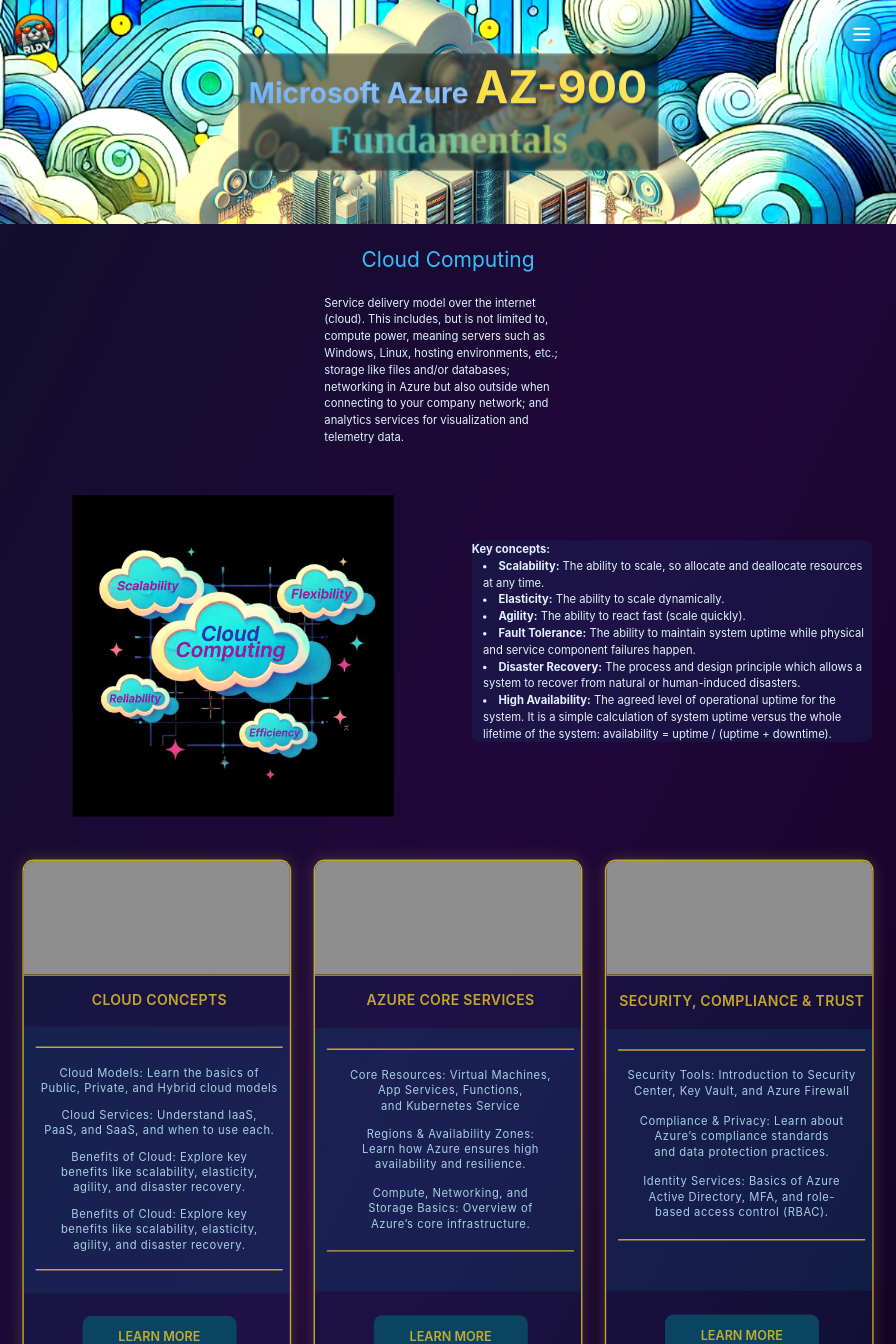
Repository: Freezler/az-900_svelte5
Page: /
These files come from the project's save history. The page is drawn as it stood at one moment and after the next save; the edit follows.
The browser window is 1280 px wide. The pictures show the part of the page from y = 0 to 1920 px (the page is 2706 px tall), at 70% of full size.
Pictures or frames that could not be fetched are drawn as grey boxes. The project was rebuilt for these pictures with package versions that can differ from the ones it lists, and the page was loaded fresh each time. The framework's server and built-in components were replaced by stand-ins that run in the browser. Also part of the build but not shown: vite.config.ts.

Above is the page before, as saved 2024-11-10 10:59:38.

### src/app.html
<!doctype html>
<html lang="en">
	<head>
		<meta charset="utf-8" />
		<link rel="icon" href="%sveltekit.assets%/favicon.png" />
		<meta name="viewport" content="width=device-width, initial-scale=1" />
		%sveltekit.head%
	</head>
	<body data-sveltekit-preload-data="hover" >
		<div style="display: contents">%sveltekit.body%</div>
	</body>
</html>

### src/routes/+layout.svelte
<script lang="ts">
	import '../app.css';
	let { children } = $props();

</script>

<div class="bg-gradient-to-br from-[#0d0c28fc] via-[#1b0135f9] to-[#10021e] bg-cover bg-center bg-no-repeat ">{@render children()}</div>

### src/routes/+page.svelte
<script lang="ts">
	import ComputingArticle from '../components/ComputingArticle.svelte';

	import Toggle from '../components/Toggle.svelte';
	import Header from '../components/Header.svelte';
	import Popover from '../components/Menu.svelte';
	import Cards from '../components/Cards.svelte';
	import Login from '../components/Login.svelte';
</script>

<header class="">
	<Popover />
	<Header />
</header>
<main>
	<section>
		<ComputingArticle />
		<Cards />
	</section>
	<aside><Toggle /></aside>
	<footer><Login /></footer>
</main>

### src/app.css
@tailwind base;
@tailwind components;
@tailwind utilities;

:root {
  --text-color  : rgba(244, 205, 48, 0.888);
  --bg-color    : hsla(217, 87%, 3%, 0.298);
  --bg-color2   : hsla(299, 91%, 31%, 0.974);
  --bg-gradient : 135deg, rgba(237, 249, 10, .7) 0%, rgba(216, 204, 37, 0.7) 35%, rgba(0, 212, 255, 0.7) 100%;
  --bg-gradient2: 90deg, rgba(216, 204, 37, 0.5) 0%, rgba(0, 212, 255, 0.5) 70%;
}

* {
  margin     : 0;
  padding    : 0;
  box-sizing : border-box;
  user-select: none;
  /* outline : 1px dotted red; */
}

body {
  font-family: 'Inter', sans-serif;


}

### src/components/ComputingArticle.svelte
<div class="grid items-center justify-center gap-8 place-self-center text-sky-100 w-[35ch] pt-8">
	<h2 class="text-3xl text-center text-sky-400">Cloud Computing</h2>
	<p>
		Service delivery model over the internet (cloud). This includes, but is not limited to, compute
		power, meaning servers such as Windows, Linux, hosting environments, etc.; storage like files
		and/or databases; networking in Azure but also outside when connecting to your company network;
		and analytics services for visualization and telemetry data.
	</p>
</div>

<section class="grid items-center grid-cols-1 lg:grid-cols-2 justify-center place-items-center place-self-center place-content-center gap-0	z-10 text-start">
	<img
		src="../public/images/cloud.png"
		alt="cloudSolutions"
		loading="lazy"

		class=" w-full md:w-[672px]  mx-auto rounded-2xl overflow-hidden  pr-12 -mt-8 drop-shadow-[(0_0px_22px_rgba(255,255,99,0.2))] "
	/>
	<article
		class=" bg-sky-600/10  text-sky-100 px-0 py-0 w-[572px] my-6 rounded-xl "
	>
		<p><strong>Key concepts:</strong></p>
		<ul class="list-inside list-disc pl-4">
			<li>
				<strong>Scalability:</strong> The ability to scale, so allocate and deallocate resources at any
				time.
			</li>
			<li><strong>Elasticity:</strong> The ability to scale dynamically.</li>
			<li><strong>Agility:</strong> The ability to react fast (scale quickly).</li>
			<li>
				<strong>Fault Tolerance:</strong> The ability to maintain system uptime while physical and service
				component failures happen.
			</li>
			<li>
				<strong>Disaster Recovery:</strong> The process and design principle which allows a system to
				recover from natural or human-induced disasters.
			</li>
			<li>
				<strong>High Availability:</strong> The agreed level of operational uptime for the system. It
				is a simple calculation of system uptime versus the whole lifetime of the system: availability
				= uptime / (uptime + downtime).
			</li>
		</ul>
	</article>
</section>

### src/components/Toggle.svelte
<script lang="ts">

	let name = $state('Randy');
	let status: 'DARK' | 'LIGHT' = $state('DARK');
	let full_name = $derived(name + ' ' + 'de vries');

	function toggle() {
		status = status === 'DARK' ? 'LIGHT' : 'DARK';
	}

	function onclick() {
		status = status === 'DARK' ? 'LIGHT' : 'DARK';
		window.document.body.classList.toggle('dark-mode')
	}
</script>

<div class="max-w-[400px] mx-auto grid place-items-center items-center justify-center gap-2 border-2 p-4  py-8 my-4 bg-yellow-600/10">
		<p class="text-2xl font-serif text-white ">
			set theme: <span class="font-sans {status === 'LIGHT' ? 'text-gray-200' : 'text-red-900'}">{status}</span>
		</p>

		<!-- <button on:click={toggle}>toggle status</button> -->
		<button
			class=" w-[176px] rounded bg-blue-500 px-4 py-2 font-bold text-white hover:bg-blue-700 active:scale-[.98]"
			type="button"
			onclick={toggle}>Toggle theme</button
		>
	</div>

### src/components/Header.svelte
<script lang="ts">
	// Declare props
	let { name = 'AZ-900' } = $props();

	// Local state for the surname
	let surname = $state('Fundamentals');

	// Derived state for the full name
	let full_name = $derived(`${name} ${surname}`);
</script>

<div
	class="max-w-[100svw] z-100 mx-auto grid h-80 place-content-center place-items-center items-center justify-center bg-[url('/public/images/headImage.png')] bg-cover bg-top"
>
	<div class="grid backdrop-blur-[2px] px-4 rounded-lg backdrop-brightness-[.50] pb-4">
		<h1
			class="shadow-[rgba(7, 25, 224, 0.9)] drop bg-clip-text text-center text-[clamp(1rem,5vw,2.5rem)] font-bold text-transparent bg-gradient-to-tr from-blue-400 via-blue-300 to-blue-700  drop-shadow-[-2px_2px_2px_rgba(137, 25, 224, 0.9)]"
		>
			Microsoft Azure <span
				class="bg-gradient-to-tr from-yellow-300 via-yellow-300 to-yellow-200 bg-clip-text text-[clamp(2.8rem,5vw,8.5rem)] font-bold text-transparent drop-shadow-[2px_4px_2px_rgba(36,50,100,0.9)]"
				>{name}</span
			>
		</h1>
		<h3
			class="bg-clip-text text-6xl text-center text-[clamp(1rem,5vw,3.5rem)] font-[700] font-[montserrat] bg-gradient-to-r from-[hsl(192,88%,51%)] via-[--hsl(192,88%,71%)] to-[--text-color]  pb- text-transparent drop-shadow-[2px_4px_32px_rgba(6,100,150,0.9)] backdrop-brightness-[.90] "
		>
			{surname}
		</h3>
	</div>
</div>

### src/components/Menu.svelte
<script lang="ts">
	import { cubicInOut } from 'svelte/easing';
	import { fly } from 'svelte/transition';
	let showMenu: boolean = $state(false);


</script>

	<!-- Your existing code -->

<img
	src="/public/images/Design 2.png"
	alt="Ran form Logo"
	class="fixed left-[16px] top-[16px] w-[64px] rounded-full z-[200]"
/>
<button
	onclick={() => (showMenu = !showMenu)}
	class="fixed right-[20px] top-[20px] flex  h-[58px] w-[58px] items-center justify-center rounded-full bg-blue-600/20 backdrop-blur text-white border-2 border-blue-900"
>
	<svg
		xmlns="http://www.w3.org/2000/svg"
		class="h-8 w-8"
		fill="none"
		viewBox="0 0 24 24"
		stroke="currentColor"
	>
		{#if showMenu}
			<path
				stroke-linecap="round"
				stroke-linejoin="round"
				stroke-width="2"
				d="M6 18L18 6M6 6l12 12"
			/>
		{:else}
			<path
				stroke-linecap="round"
				stroke-linejoin="round"
				stroke-width="2"
				d="M4 6h16M4 12h16M4 18h16"
			/>
		{/if}
	</svg>
</button>

{#if showMenu}
	<ul
		class="items-center justify-center fixed bottom-0 right-0 z-100 grid h-[50vh] w-[100vw] border-t border-blue-900 place-content-center bg-blue-600/20 backdrop-blur text-white uppercase text-center text-xl z-[200]"
		transition:fly={{ y: 100, duration: 420, easing: cubicInOut }}
	>
		<li class="px-2 py-4 w-[80vw] underline underline-offset-4 transition-colors ease-linear duration-400 hover:bg-blue-600/20 rounded-t-lg  bg-blue-200/30">
			<a href="/">Home</a>
		</li>
		<li class=" px-2 py-4 transition-colors hover:underline underline-offset-4  ease-linear duration-400 hover:bg-blue-600/20  bg-blue-200/30">
			<a href="/concepts">Concepts</a>
		</li>
		<li class=" px-2 py-4 transition-colors hover:underline underline-offset-4 ease-linear duration-400 hover:bg-blue-600/20  bg-blue-200/30">
			<a href="/security">Security</a>
		</li>
		<li class="px-2 py-4 transition-colors  hover:underline underline-offset-4 ease-linear duration-400 hover:bg-blue-600/20 rounded-b-lg  bg-blue-200/30">
			<a href="/services">Services</a>
		</li>
	</ul>
{/if}

### src/components/Cards.svelte
<script>
	import { goto } from '$app/navigation';
	// Define your plans as an array of objects
	const concepts = [
		{
			url: 'concepts',
			image:
				'https://learn.microsoft.com/training/achievements/microsoft-azure-fundamentals-describe-cloud-concepts-social.png',
			name: 'Cloud Concepts',
			features: [
				'Cloud Models: Learn the basics of Public, Private, and Hybrid cloud models',
				'Cloud Services: Understand IaaS, PaaS, and SaaS, and when to use each.',
				'Benefits of Cloud: Explore key benefits like scalability, elasticity, agility, and disaster recovery.',
				'Benefits of Cloud: Explore key benefits like scalability, elasticity, agility, and disaster recovery.'

			]
		},
		{
			url: 'services',
			image:
				'https://images.unsplash.com/photo-1667372459510-55b5e2087cd0?q=80&w=1932&auto=format&fit=crop&ixlib=rb-4.0.3&ixid=M3wxMjA3fDB8MHxwaG90by1wYWdlfHx8fGVufDB8fHx8fA%3D%3D',
			name: 'Azure Core Services',
			features: [
				'Core Resources: Virtual Machines, App Services, Functions, and Kubernetes Service',
				'Regions & Availability Zones: Learn how Azure ensures high availability and resilience.',
				'Compute, Networking, and Storage Basics: Overview of Azure’s core infrastructure.'
			]
		},
		{
			url: 'security',
			image:
				'https://plus.unsplash.com/premium_photo-1700830452756-1a3f4314e564?q=80&w=1674&auto=format&fit=crop&ixlib=rb-4.0.3&ixid=M3wxMjA3fDB8MHxwaG90by1wYWdlfHx8fGVufDB8fHx8fA%3D%3D',
			name: 'Security, Compliance & Trust',
			features: [
				'Security Tools: Introduction to Security Center, Key Vault, and Azure Firewall',
				'Compliance & Privacy: Learn about Azure’s compliance standards and data protection practices.',
				'Identity Services: Basics of Azure Active Directory, MFA, and role-based access control (RBAC).'
			]
		}
	];
</script>

<section
	class="z-10 grid grid-rows-1 gap-8 py-8 md:grid-cols-2 md:gap-8 md:px-8 xl:grid-cols-3"
>
	{#each concepts as concept}
		<div
			class=" pt-1  grid grid-rows-[148px_64px_auto_auto] place-items-center overflow-hidden rounded-2xl border-2 border-[--text-color] bg-sky-600/10 pb-9 shadow-[0_0px_22px_rgba(255,255,99,0.2)] brightness-90 transition duration-700 hover:scale-[1.001] hover:border-[hsla(184,69%,60%,1)] hover:shadow-[2px_6px_12px_rgba(22,125,22,0.9)]"
		>
			<img
				src={concept.image}
				class=" z-10 h-[172px] pt-2  w-full border-b-2 border-[--text-color] object-cover object-center hover:border-[hsla(184,69%,60%,1)]"
				loading="lazy"
				alt="concept"
			/>
			<div class="row-span-2 grid grid-cols-subgrid place-items-center items-center justify-center">
				<h2 class="] mt-[28px] text-xl font-semibold uppercase tracking-wide text-[--text-color]">
					{concept.name}
				</h2>
			</div>

			<div
				class=" row-span-12 my-5 w-full grid grid-rows-subgrid place-items-start items-start gap-4 text-pretty border border-transparent bg-sky-500/10 px-4 pt-7 pb-6 text-center"
			>
				{#each concept.features as feature}
					<h3
						class="border-b-1 mx-auto  grid w-[35ch]  grid-rows-subgrid text-balance border-[--text-color] px-0 text-[14px] font-normal leading-snug tracking-wider text-sky-200 py-0 first:border-t-2 first:pt-6 last:pb-6 last:border-b-2 lg:text-[16px] border-s-fuchsia-400 ">
						{feature}
					</h3>
				{/each}
			</div>
			<button
				type="button"
				class="mx-auto mt-3 w-[220px] grid-cols-subgrid rounded-xl border-[2px_solid_var(--text-color)] bg-sky-900 px-8 py-4 text-base font-semibold uppercase text-[--text-color] transition duration-[420ms] hover:bg-sky-500 hover:text-white hover:shadow-[2px_2px_22px_rgb(65,183,255,0.9)] md:text-lg lg:text-lg"
				><a href="/{concept.url}">Learn more</a></button
			>
		</div>
	{/each}
</section>

### src/components/Login.svelte
<script>
	import { onMount } from 'svelte';
	let user = $state('Stranger');
	/**
	 * @param {any} response
	 */
	function googleLoginEndpoint(response) {
	  console.log('Google login successful:', response);
	}

	// onMount(() => {
	//   const script = document.createElement("script");
	//   script.src = "https://accounts.google.com/gsi/client";
	//   script.async = true;
	//   script.defer = true;
	//   document.head.appendChild(script);
	// });
</script>

<div class="relative flex min-h-[60vh] items-center justify-center py-16 ">
	<div class="flex w-full max-w-4xl flex-col overflow-hidden rounded-lg shadow-lg md:flex-row">
		<!-- Left side: Logo and Welcome message -->
		<div
			class="flex flex-col items-center justify-center bg-[url('/public/images/headImage.png')] bg-cover bg-center object-cover p-14 text-white md:w-1/2 "
		>
			<img
				src="/public/images/Design 2.png"
				alt="Ran form Logo"
				class="mb-4 h-40 w-40 rounded-full"
			/>
			<h2 class="text-2xl font-semibold p-2 rounded-xl bg-slate-600/50  ">Good Evening {user}!</h2>
			<p class="mt-2 text-center text-lg rounded-xl bg-slate-600/50  p-2 ">Log in to your account!</p>
		</div>

		<!-- Right side: Login Form -->
		<div
			class="flex flex-col items-center justify-center  h-[50vh] bg-blue-600/40 backdrop-blur pt-8 "
		>
			<!-- Google Login Button -->
			<div
				id="g_id_onload"
				data-client_id="YOUR_GOOGLE_CLIENT_ID"
				data-context="signin"
				data-callback="googleLoginEndpoint"
				data-close_on_tap_outside="false"
				data-prompt_parent_id="g_id_onload"
			></div>

			<button
				class="flex w-3/5 items-center justify-center space-x-2 rounded-full border border-gray-300 bg-white py-2 shadow-md hover:bg-gray-50 focus:outline-none"
			>
				<span class="fab fa-google text-gray-500"></span>
				<span class="text-gray-700">Continue with Google</span>
			</button>

			<!-- Divider -->
			<div class="my-4 flex w-full items-center">
				<hr class="flex-grow border-t border-gray-300" />
				<span class="px-3 text-gray-500">OR</span>
				<hr class="flex-grow border-t border-gray-300" />
			</div>

			<!-- Email Login Button -->
			<button
				class="flex w-3/5 items-center justify-center space-x-2 rounded-full border border-gray-300 bg-white py-2 shadow-md hover:bg-gray-50 focus:outline-none"
			>
				<span class="fa fa-user text-gray-500"></span>
				<span class="text-gray-700">Enter Email & Password</span>
			</button>

			<!-- Sign up and Terms Links -->
			<div class=" w-full text-center">
				<p class="text-sm text-red-300">
					Don't have an account? <a href="_blank" class="text-blue-600 hover:underline">Sign up</a>
				</p>
				<p class="mt-0 text-xs text-gray-500 w-[50ch]">
					By continuing, you agree to our <a href="_blank" target="_blank" class="hover:underline"
						>Terms of Service</a
					>
					and
					<a href="_blank" target="_blank" class="hover:underline">Privacy Policy</a>.
				</p>
			</div>
		</div>
	</div>
</div>

### tailwind.config.ts
import aspectRatio from '@tailwindcss/aspect-ratio';
import containerQueries from '@tailwindcss/container-queries';
import forms from '@tailwindcss/forms';
import typography from '@tailwindcss/typography';
// import type { Config } from 'tailwindcss';

export default {
	content: ['./src/**/*.{html,js,svelte,ts}'],


	theme: {
		extend: {
			animation: {



			},

			keyframes: {

			}

		}
	},

	plugins: [typography, forms, containerQueries, aspectRatio]
}

After the next save:
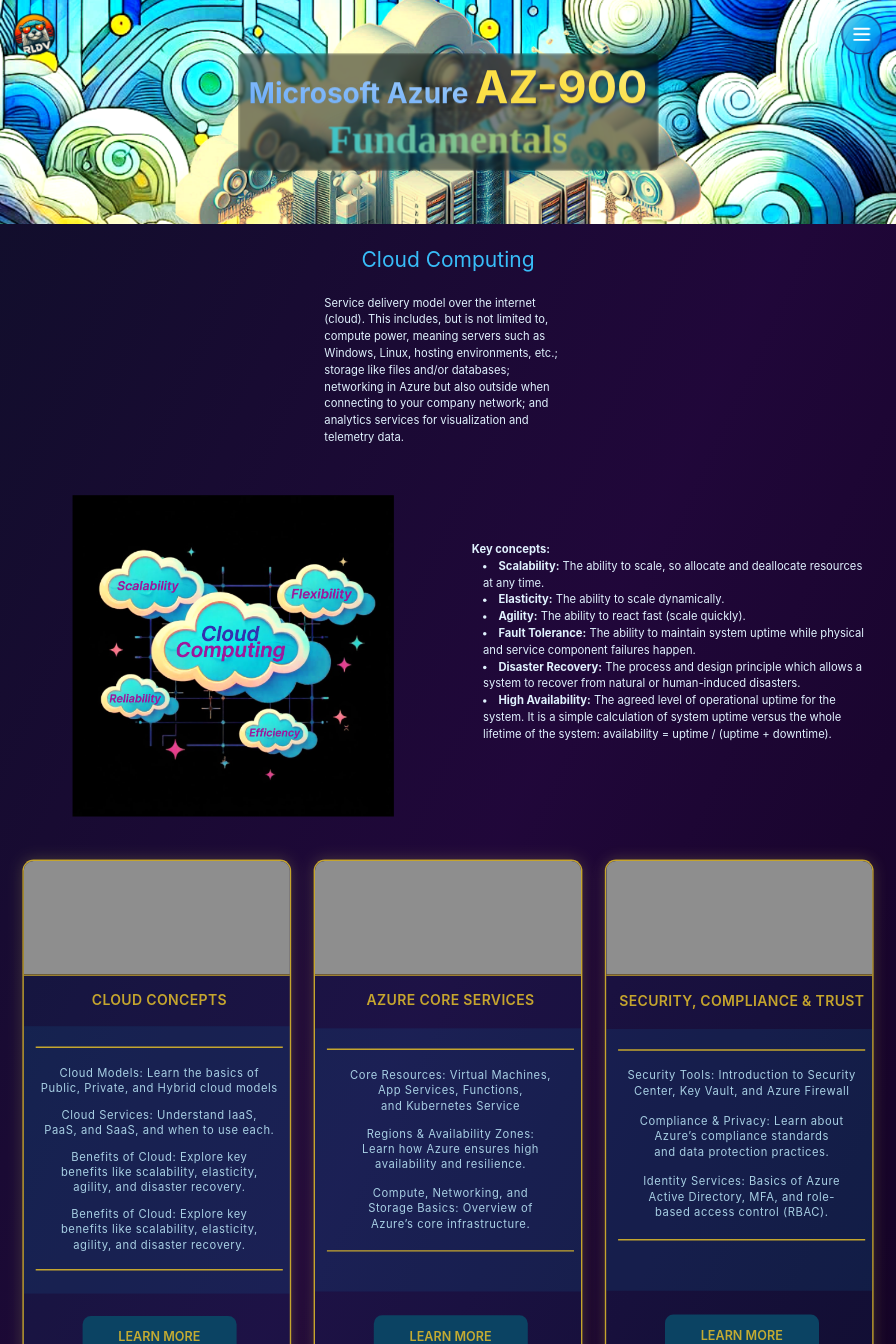
Saved 4 s later.
--- a/src/components/ComputingArticle.svelte
+++ b/src/components/ComputingArticle.svelte
@@ -17,7 +17,7 @@
 		class=" w-full md:w-[672px]  mx-auto rounded-2xl overflow-hidden  pr-12 -mt-8 drop-shadow-[(0_0px_22px_rgba(255,255,99,0.2))] "
 	/>
 	<article
-		class=" bg-sky-600/10  text-sky-100 px-0 py-0 w-[572px] my-6 rounded-xl "
+		class=" text-sky-100 px-0 py-0 w-[572px] my-6 rounded-xl "
 	>
 		<p><strong>Key concepts:</strong></p>
 		<ul class="list-inside list-disc pl-4">
